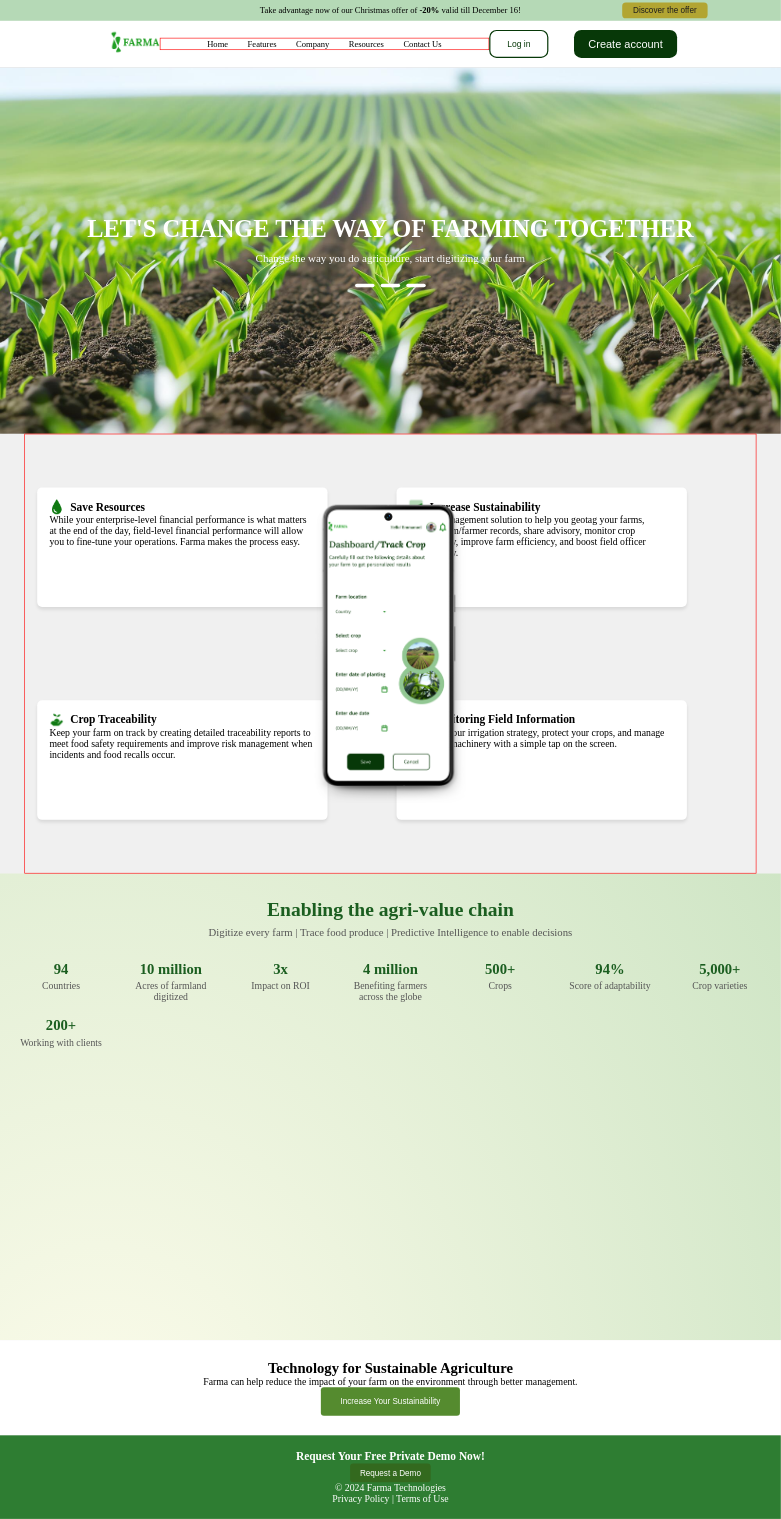
Repository: Cryptim/FARMA-TEAM-4
Page: index.html
An editor plug-in stored every save of this project. The page is shown before and after the next save, followed by the edit.
The browser window is 1280 px wide. The pictures show the whole page, at 61% of full size.

Above is the page before, as saved 2024-12-05 22:26:13.

### index.html
<!DOCTYPE html>
<html lang="en">
  <head>
    <meta charset="UTF-8" />
    <meta name="viewport" content="width=device-width, initial-scale=1.0" />
    <title>Farma - Smart Agriculture</title>
    <link rel="stylesheet" href="styles.css" />
  </head>
  <body>
    <!-- Top Notification Bar -->
    <header style="justify-content: center; align-items: center">
      <div class="top-bar">
        <div class="top-bar-text">
          Take advantage now of our Christmas offer of
          <strong>-20%</strong> valid till December 16!
        </div>
        <button class="offer-btn">Discover the offer</button>
      </div>

      <!-- Navbar -->

      <nav class="navbar">
        <div class="logo">
          <img src="assets/icons/logo.png" alt="Farma Logo" />
        </div>

        <ul class="nav-links">
          <li><a href="#">Home</a></li>
          <li><a href="#">Features</a></li>
          <li><a href="#">Company</a></li>
          <li><a href="#">Resources</a></li>
          <li><a href="#">Contact Us</a></li>
        </ul>

        <div class="auth-buttons">
          <button class="login-btn">Log in</button>
          <button class="create-btn">Create account</button>
        </div>
      </nav>
    </header>

    <!-- Hero Section -->
    <div class="hero">
      <div class="hero-content">
        <h1>LET'S CHANGE THE WAY OF FARMING TOGETHER</h1>
        <p>Change the way you do agriculture, start digitizing your farm</p>
      </div>
      <div class="carousel-indicator">
        <span class="dot"></span>
        <span class="dot"></span>
        <span class="dot"></span>
      </div>
    </div>

    <!-- Features Section -->
    <div class="container">
      <div class="card">
        <h3>
          <img
            src="assets/icons/Blood-Drop--Streamline-Ultimate.png"
            alt="Water Drop"
            class="icon"
          />
          Save Resources
        </h3>
        <p>
          While your enterprise-level financial performance is what matters at
          the end of the day, field-level financial performance will allow you
          to fine-tune your operations. Farma makes the process easy.
        </p>
      </div>
      <div class="card">
        <h3>
          <img
            src="assets/icons/Analytics-Net--Streamline-Ultimate.png"
            alt="Sustainability"
            class="icon"
          />
          Increase Sustainability
        </h3>
        <p>
          A farm management solution to help you geotag your farms, digitize
          farm/farmer records, share advisory, monitor crop productivity,
          improve farm efficiency, and boost field officer productivity.
        </p>
      </div>
      <div class="center-card">
        <img
          src="assets/images/iMockup - Google Pixel 8 Pro.png"
          alt="Dashboard Screenshot"
        />
      </div>
      <div class="card">
        <h3>
          <img
            src="assets/icons/Hand-Holding-Seedling--Streamline-Atlas.png"
            alt="Crop Traceability"
            class="icon"
          />
          Crop Traceability
        </h3>
        <p>
          Keep your farm on track by creating detailed traceability reports to
          meet food safety requirements and improve risk management when
          incidents and food recalls occur.
        </p>
      </div>
      <div class="card">
        <h3>
          <img
            src="assets/icons/Hourglass-Split--Streamline-Bootstrap.png"
            alt="Field Monitoring"
            class="icon"
          />
          Monitoring Field Information
        </h3>
        <p>
          Optimize your irrigation strategy, protect your crops, and manage your
          farm machinery with a simple tap on the screen.
        </p>
      </div>
    </div>
    <!-- Value Chain Section -->
    <section class="agri-value-chain">
      <h1>Enabling the agri-value chain</h1>
      <p>
        Digitize every farm | Trace food produce | Predictive Intelligence to
        enable decisions
      </p>
      <!-- Single Central Image -->
      <div>
        <!-- Stats referencing the central image -->
        <div class="stats">
          <div class="stat-item">
            <h2>94</h2>
            <p>Countries</p>
          </div>
          <div class="stat-item">
            <h2>10 million</h2>
            <p>Acres of farmland digitized</p>
          </div>
          <div class="stat-item">
            <h2>3x</h2>
            <p>Impact on ROI</p>
          </div>
          <div class="stat-item">
            <h2>4 million</h2>
            <p>Benefiting farmers across the globe</p>
          </div>
          <div class="stat-item">
            <h2>500+</h2>
            <p>Crops</p>
          </div>
          <div class="stat-item">
            <h2>94%</h2>
            <p>Score of adaptability</p>
          </div>
          <div class="stat-item">
            <h2>5,000+</h2>
            <p>Crop varieties</p>
          </div>
          <div class="stat-item">
            <h2>200+</h2>
            <p>Working with clients</p>
          </div>
        </div>
      </div>
    </section>

    <!-- Sustainability Section -->
    <section class="sustainability">
      <h2>Technology for Sustainable Agriculture</h2>
      <p>
        Farma can help reduce the impact of your farm on the environment through
        better management.
      </p>
      <button>Increase Your Sustainability</button>
    </section>

    <!-- Footer -->
    <footer>
      <div class="footer-content">
        <h3>Request Your Free Private Demo Now!</h3>
        <button>Request a Demo</button>
      </div>
      <div class="footer-links">
        <p>© 2024 Farma Technologies</p>
        <p>Privacy Policy | Terms of Use</p>
      </div>
    </footer>

    <script src="script.js"></script>
  </body>
</html>

### styles.css
/* Reset and Base Styles */
* {
  margin: 0;
  padding: 0;
  box-sizing: border-box;
}
/* Style the scrollbar */
::-webkit-scrollbar {
  width: 15px; /* width of the scrollbar */
  height: 15px; /* height of the scrollbar for horizontal scrolling */
}

/* Style the scrollbar track (the area the scrollbar moves through) */
::-webkit-scrollbar-track {
  background: #f1f1f1; /* Light grey track */
  border-radius: 10px; /* Rounded corners */
}

/* Style the scrollbar thumb (the draggable part of the scrollbar) */
::-webkit-scrollbar-thumb {
  background: #4caf50; /* Green thumb */
  /* border-radius: 10px;    */
  /* Rounded corners */
  transition: background-color 0.3s ease;
}

/* Hover effect for the scrollbar thumb */
::-webkit-scrollbar-thumb:hover {
  background: #45a049; /* Darker green on hover */
}

body {
  margin: 0;
  padding: 0;
  justify-content: center;
  align-items: center;
  height: 100vh; /* Make sure the body takes the full viewport height */
  background-color: #f0f0f0; /* Optional: set a background color */
}

/* Top Notification Bar */
.top-bar {
  background-color: #b5d9b6;
  color: #000000;
  font-size: 14px;
  display: flex;
  justify-content: center;
  align-items: center;
  height: 34px;
  position: relative; /* Allow precise positioning for child elements */
  padding: 0 20px;
}

.top-bar-text {
  text-align: center;
  flex: 1; /* Allow the text to take up available space */
}

.offer-btn {
  position: absolute; /* Position the button independently */
  right: 120px; /* Align the button to the right side */
  background-color: #b2a532;
  color: #1e1e1e;
  border: none;
  padding: 4px 18px;
  border-radius: 6px;
  width: auto;
  cursor: pointer;
  display: flex;
  justify-content: center;
  align-items: center;
  height: 26px;
}

.offer-btn:hover {
  background-color: #92c793;
}
/* done with the above */

/* Navbar */
.navbar {
  display: flex;
  justify-content: space-between;
  align-items: center;
  padding: 15px 50px;
  background-color: #fff;
  border-bottom: 1px solid #ddd;
}

.navbar .logo {
  margin-left: 120px;
  font-size: 24px;
  font-weight: bold;
  color: #2c5f2d;
}

.logo img {
  height: 40px;
  width: auto; /* Maintain the aspect ratio */
}

.nav-links {
  display: flex;
  justify-content: center;
  gap: 32px;
  flex-grow: 1; /* Allow the nav-links section to grow and take available space */
  align-items: center;
  border: 1px solid red;
}

.nav-links li {
  list-style: none;
}
.nav-links a:hover {
  color: #92c793;
}
.nav-links a {
  text-decoration: none;
  color: #000;
  font-size: 14px;
  font-weight: 500;
}

.auth-buttons {
  display: flex;
  gap: 10px;
}

.login-btn {
  background: none;
  border: 2px solid #073808;
  padding: 5px 15px;
  margin-right: 32px;
  font-size: 14px;
  cursor: pointer;
  border-radius: 12px;
  height: 46px;
  width: 97px;
  color: #073808;
}

.create-btn {
  margin-right: 120px;
  background-color: #073808;
  color: #ffffff;
  border: none;
  padding: 5px 15px;
  font-size: 18px;
  cursor: pointer;
  border-radius: 12px;
  height: 46px;
  width: 169px;
  font-weight: 500;
}

.create-btn:hover {
  background-color: #92c793;
}

/* Hero Section */
.hero {
  background: url("assets/images/bacground.png") no-repeat center center/cover;
  height: 600px;
  display: flex;
  flex-direction: column;
  justify-content: center;
  align-items: center;
  color: #fff;
  text-align: center;
  padding: 20px;
}

.hero h1 {
  font-size: 40px;
  font-weight: bold;
  margin-bottom: 15px;
}

.hero p {
  font-size: 18px;
  margin-bottom: 30px;
}

.carousel-indicator {
  display: flex;
  gap: 10px;
}

.dot {
  height: 6px;
  width: 32px;
  background-color: #fff;
  border-radius: 10px;
  display: inline-block;
  cursor: pointer;
}

.dot:hover {
  background-color: #92c793;
}

/* Features Section */
.container {
  height: 721px;
  margin: 0 auto;
  padding: 20px;
  max-width: 1200px;
  display: grid;
  grid-template-columns: repeat(2, 1fr);
  gap: 20px;
  text-align: left;
  position: relative;
  border: 1px solid red;
  justify-content: center;
  align-items: center;
}

.card {
  position: relative;
  background-color: #fff;
  padding: 20px;
  border-radius: 8px;
  box-shadow: 0 4px 6px rgba(0, 0, 0, 0.1);
  z-index: 1;
  height: 196px;
  width: 476px;
}

.card h3 {
  margin-top: 0;
  display: flex;
  align-items: center;
}

.card h3 img {
  width: 24px;
  height: 24px;
  margin-right: 10px;
}

/* Centered Card Styling */
.center-card {
  display: flex;
  position: absolute;
  z-index: 10;
  border-radius: 8px;
  align-items: center;
  justify-content: center;

  /* Centering the card */
  top: 50%;
  left: 50%;
  transform: translate(-50%, -50%); /* Center it horizontally and vertically */
  width: 300px;
  height: auto;
  text-align: center;
}

.center-card img {
  max-width: 250px;
  height: auto;
}

@media screen and (max-width: 768px) {
  .container {
    grid-template-columns: 1fr;
    margin-left: 20px;
    margin-right: 20px;
  }

  .center-card {
    transform: translate(-50%, -45%); /* Slightly adjust for smaller screens */
  }
}
/* Value Chain Section */
.agri-value-chain {
  text-align: center;
  padding: 40px 20px;
  height: 765px;
  justify-content: center;
  align-items: center;
  background: radial-gradient(
    239.91% 558% at 12.94% 141.56%,
    #fffded 0%,
    #92c793 100%
  );
}

.agri-value-chain h1 {
  font-size: 2rem;
  color: #1b5e20;
  margin-bottom: 10px;
}

.agri-value-chain p {
  margin: 0;
  font-size: 1.1rem;
  color: #555;
}
/* Central Image Styling */
.central-image {
  margin: 20px 0;
}

.central-image img {
  border: 2px solid #1b5e20; /* Add a border for emphasis */
  /* Central Image Styling */
  .central-image {
    margin: 20px 0;
  }

  .central-image img {
    width: 200px;
    height: 200px;
    border-radius: 50%; /* Optional: Circular image */
    border: 2px solid #1b5e20; /* Add a border for emphasis */
  }
}
.stats {
  display: grid;
  grid-template-columns: repeat(auto-fit, minmax(150px, 1fr));
  gap: 20px;
  margin-top: 30px;
  justify-content: center;
}

.stat-item {
  text-align: center;
}

.stat-item .icon {
  width: 50px;
  height: 50px;
  margin-bottom: 10px;
}

.stat-item h2 {
  font-size: 1.5rem;
  color: #1b5e20;
  margin: 5px 0;
}

.stat-item p {
  font-size: 1rem;
  color: #555;
}
/* Sustainability Section */
.sustainability {
  padding: 2rem;
  text-align: center;
  background: #ffffff;
}

.sustainability button {
  padding: 1rem 2rem;
  color: #fff;
  background-color: #558b2f;
  border: none;
  border-radius: 5px;
  cursor: pointer;
}

.sustainability button:hover {
  background-color: #92c793;
}

/* Footer */
footer {
  background: #2e7d32;
  color: #fff;
  padding: 1.5rem;
  text-align: center;
}

.footer-content button {
  padding: 0.5rem 1rem;
  background: #33691e;
  border: none;
  color: #fff;
  border-radius: 5px;
  cursor: pointer;
}

Loaded but not shown: script.js (no stored copy; drawn as an empty file)

After the next save:
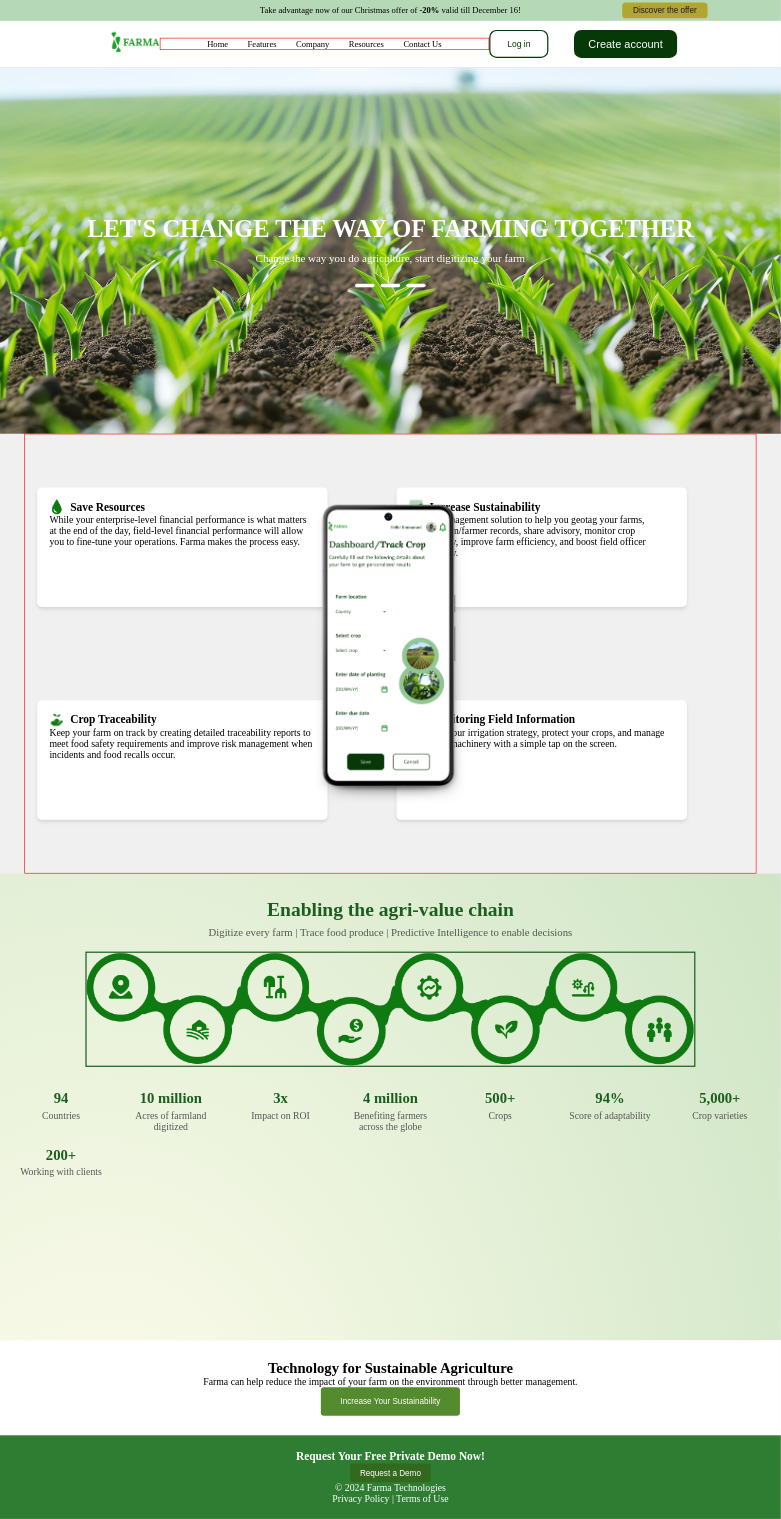
Saved 18 s later.
--- a/index.html
+++ b/index.html
@@ -128,41 +128,42 @@
         enable decisions
       </p>
       <!-- Single Central Image -->
-      <div>
-        <!-- Stats referencing the central image -->
-        <div class="stats">
-          <div class="stat-item">
-            <h2>94</h2>
-            <p>Countries</p>
-          </div>
-          <div class="stat-item">
-            <h2>10 million</h2>
-            <p>Acres of farmland digitized</p>
-          </div>
-          <div class="stat-item">
-            <h2>3x</h2>
-            <p>Impact on ROI</p>
-          </div>
-          <div class="stat-item">
-            <h2>4 million</h2>
-            <p>Benefiting farmers across the globe</p>
-          </div>
-          <div class="stat-item">
-            <h2>500+</h2>
-            <p>Crops</p>
-          </div>
-          <div class="stat-item">
-            <h2>94%</h2>
-            <p>Score of adaptability</p>
-          </div>
-          <div class="stat-item">
-            <h2>5,000+</h2>
-            <p>Crop varieties</p>
-          </div>
-          <div class="stat-item">
-            <h2>200+</h2>
-            <p>Working with clients</p>
-          </div>
+      <div class="central-image">
+        <img src="assets/images/Chain.png" alt="Agri Value Chain Icon" />
+      </div>
+      <!-- Stats referencing the central image -->
+      <div class="stats">
+        <div class="stat-item">
+          <h2>94</h2>
+          <p>Countries</p>
+        </div>
+        <div class="stat-item">
+          <h2>10 million</h2>
+          <p>Acres of farmland digitized</p>
+        </div>
+        <div class="stat-item">
+          <h2>3x</h2>
+          <p>Impact on ROI</p>
+        </div>
+        <div class="stat-item">
+          <h2>4 million</h2>
+          <p>Benefiting farmers across the globe</p>
+        </div>
+        <div class="stat-item">
+          <h2>500+</h2>
+          <p>Crops</p>
+        </div>
+        <div class="stat-item">
+          <h2>94%</h2>
+          <p>Score of adaptability</p>
+        </div>
+        <div class="stat-item">
+          <h2>5,000+</h2>
+          <p>Crop varieties</p>
+        </div>
+        <div class="stat-item">
+          <h2>200+</h2>
+          <p>Working with clients</p>
         </div>
       </div>
     </section>
